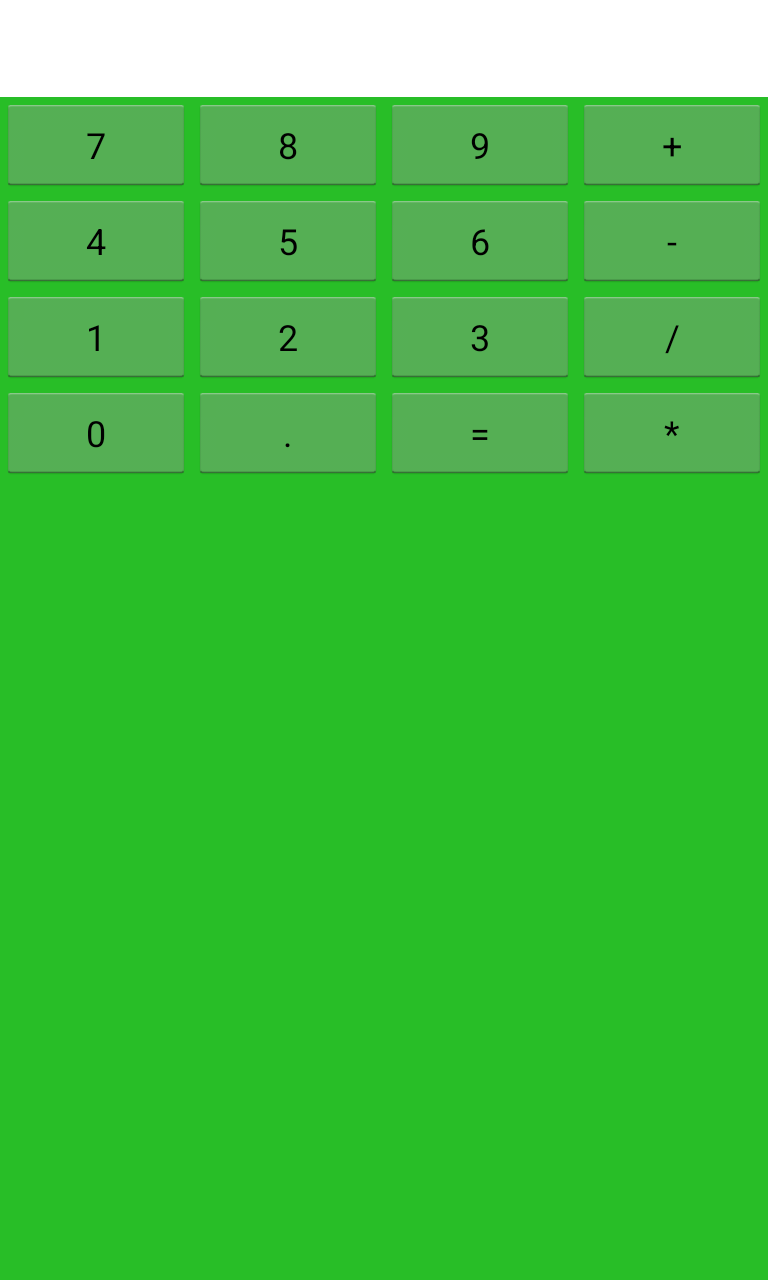
Repository: RamDion/BSIT_Calculator
Layout: CcsCalcu/res/layout/activity_calculator.xml
An editor plug-in stored every save of this project. The layout is shown before and after the next save, followed by the edit.
It is drawn on a 768 x 1280 px phone screen (xhdpi) without system bars, with theme AppTheme; the app's code is not run.

Above is the layout before, as saved 2014-09-04 05:03:19.

After the next save:
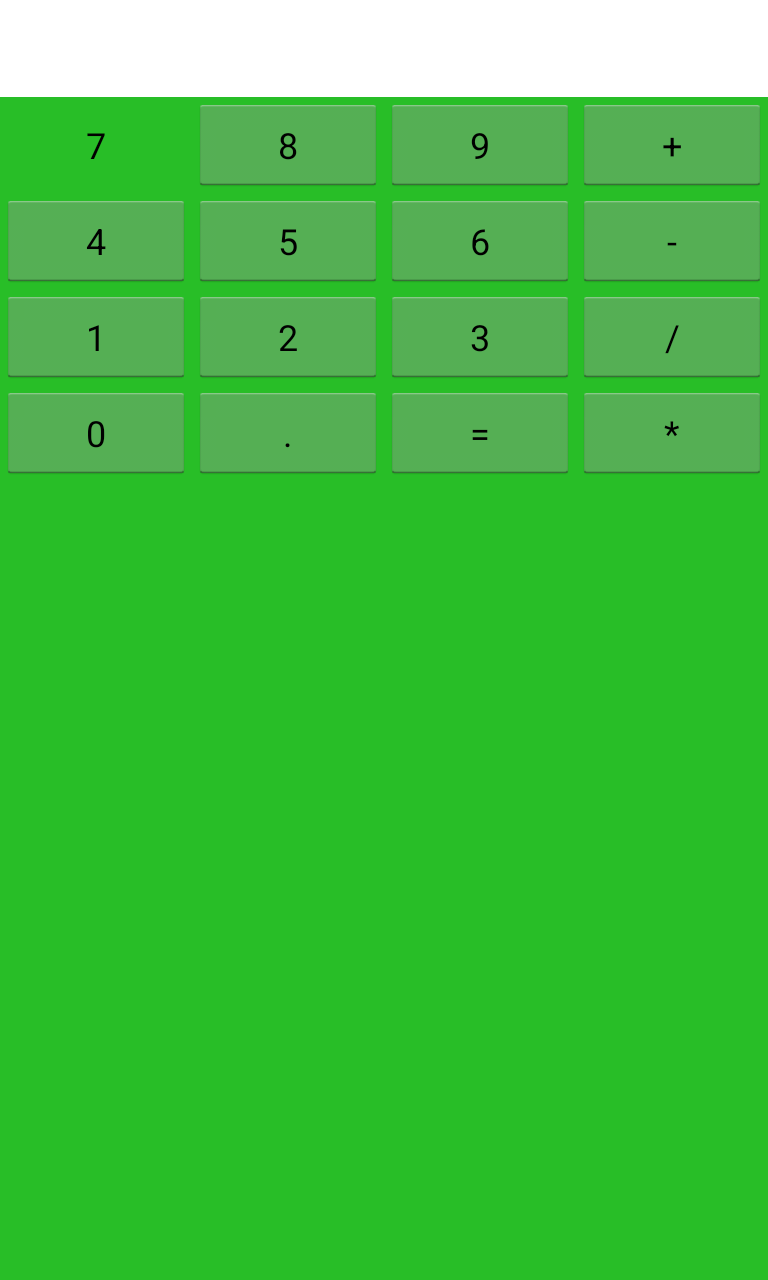
Saved 66 s later.
--- a/CcsCalcu/res/layout/activity_calculator.xml
+++ b/CcsCalcu/res/layout/activity_calculator.xml
@@ -36,6 +36,7 @@
 
             <Button
                 android:id="@+id/seven"
+                android:background="#28be27"
                 android:layout_width="0dip"
                 android:layout_weight="0.25"
                 android:layout_height="wrap_content"
